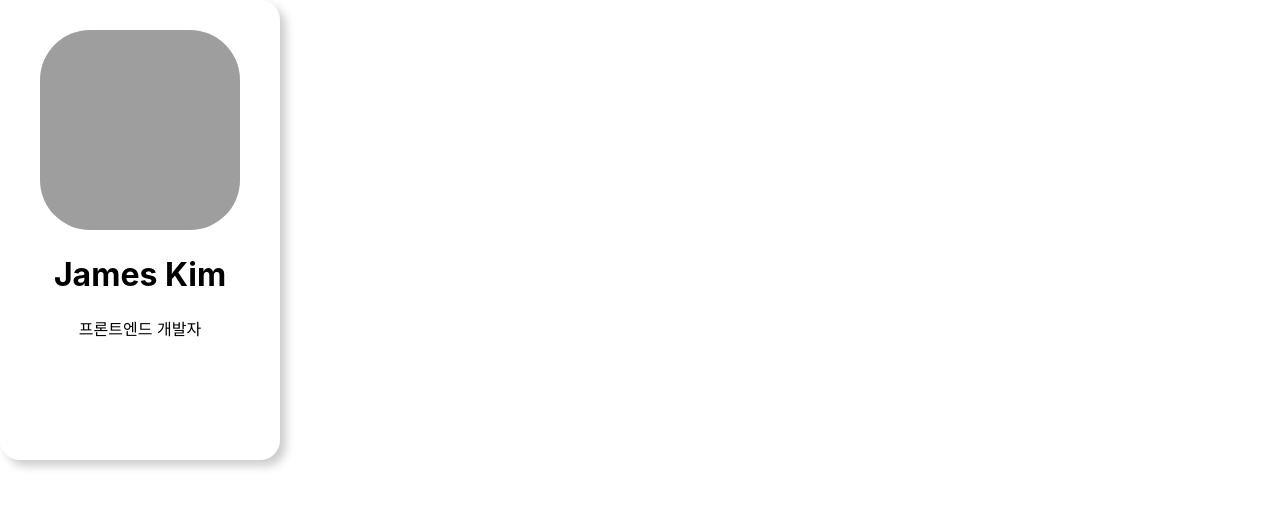
Repository: dnjfht/css-example
Page: /
The author's editor kept a copy of each file at every save. The page is drawn from the files as they stood at one save, then again after the next save.
The browser window is 1280 px wide. The pictures show the whole page.
Pictures or frames that could not be fetched are drawn as grey boxes. The project was rebuilt for these pictures with package versions that can differ from the ones it lists, and the page was loaded fresh each time. Also part of the build but not shown: src/App.css.

Above is the page before, as saved 2023-05-09 09:08:07.

### src/App.js
import "./App.css";
import Profile from "./components/Profile";

function App() {
  const name = "승민";
  const list = ["우유", "딸기", "바나나"];

  return (
    <>
      <Profile />
    </>
  );
}

export default App;

### src/components/Profile.jsx
import React from "react";

export default function Profile() {
  return (
    <div
      style={{
        width: 240,
        height: 400,
        padding: "30px 20px",
        textAlign: "center",
        borderRadius: 20,
        boxShadow: "6px 6px 10px rgba(0,0,0,0.2)",
      }}
    >
      <img
        style={{
          width: 200,
          height: 200,
          objectFit: "cover",
          borderRadius: 50,
        }}
        src="https://images.unsplash.com/photo-1618641986557-1ecd230959aa?ixlib=rb-4.0.3&ixid=MnwxMjA3fDB8MHxwaG90by1wYWdlfHx8fGVufDB8fHx8&auto=format&fit=crop&w=687&q=80"
        alt="profileImg"
      />
      <h1>James Kim</h1>
      <p>프론트엔드 개발자</p>
    </div>
  );
}

Loaded but not shown: public/index.html (common file); src/index.js (common file); src/index.css (common file); src/reportWebVitals.js (common file)

After the next save:
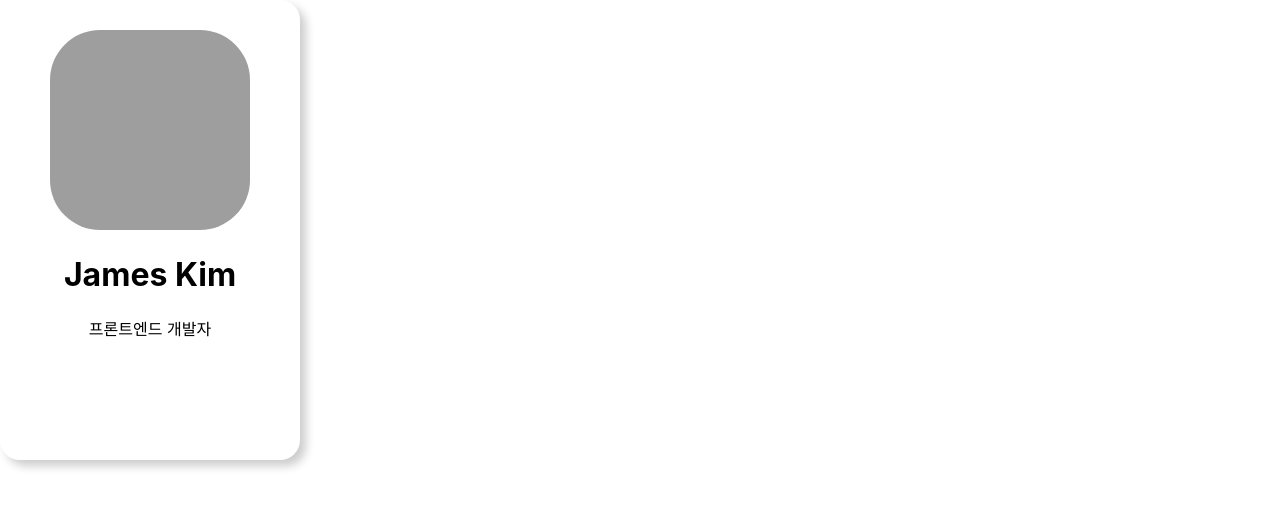
Saved 4 s later.
--- a/src/components/Profile.jsx
+++ b/src/components/Profile.jsx
@@ -6,7 +6,7 @@ export default function Profile() {
       style={{
         width: 240,
         height: 400,
-        padding: "30px 20px",
+        padding: "30px",
         textAlign: "center",
         borderRadius: 20,
         boxShadow: "6px 6px 10px rgba(0,0,0,0.2)",
